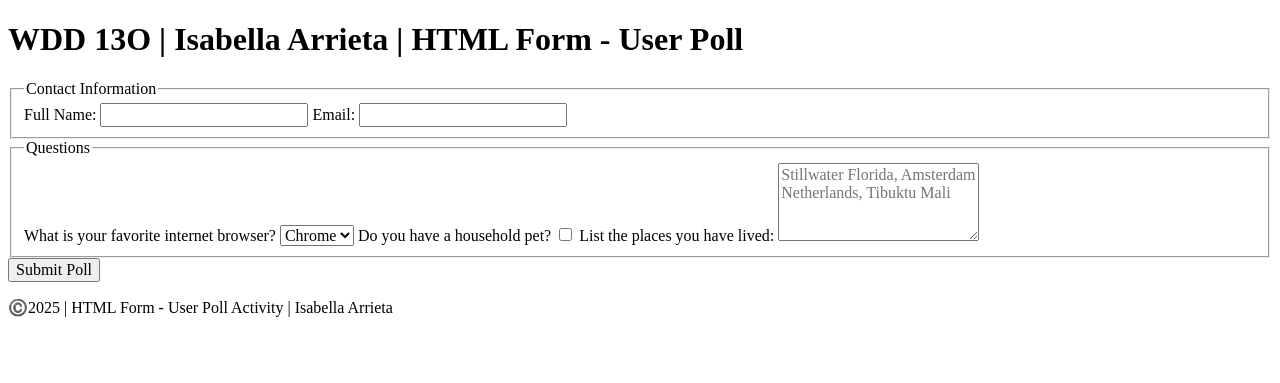
Repository: isaAJ05/wdd130
Page: week05/poll-form.html
These files come from the project's save history. The page is drawn as it stood at one moment and after the next save; the edit follows.
The browser window is 1280 px wide. The pictures show the whole page.

Above is the page before, as saved 2025-06-14 18:29:58.

After the next save:
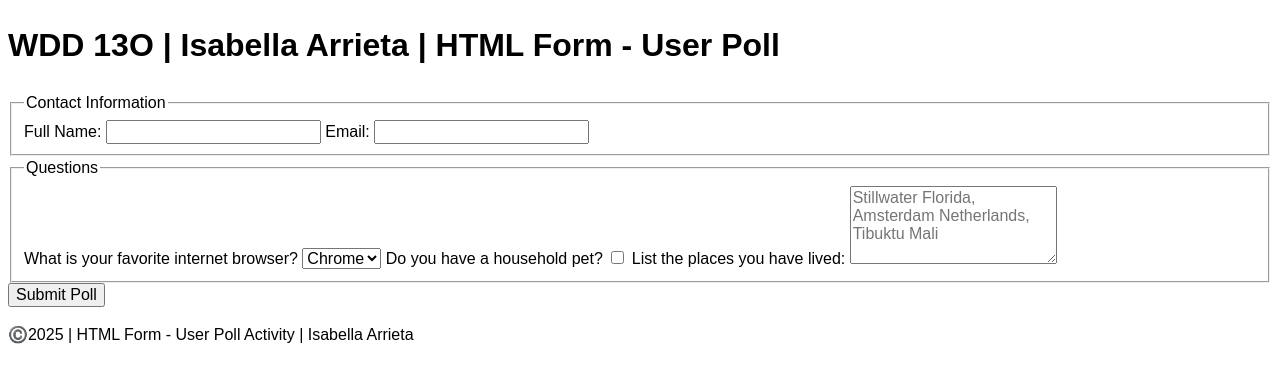
Saved 6 s later.
--- a/week05/styles/poll-form.css
+++ b/week05/styles/poll-form.css
@@ -5,3 +5,8 @@ textarea {
   font-family: inherit;
   font-size: 100%;
 }
+body {
+  font-family: Arial, Helvetica, sans-serif;
+  font-size: 16px;
+  line-height: 1.5;
+}

After the save that followed:
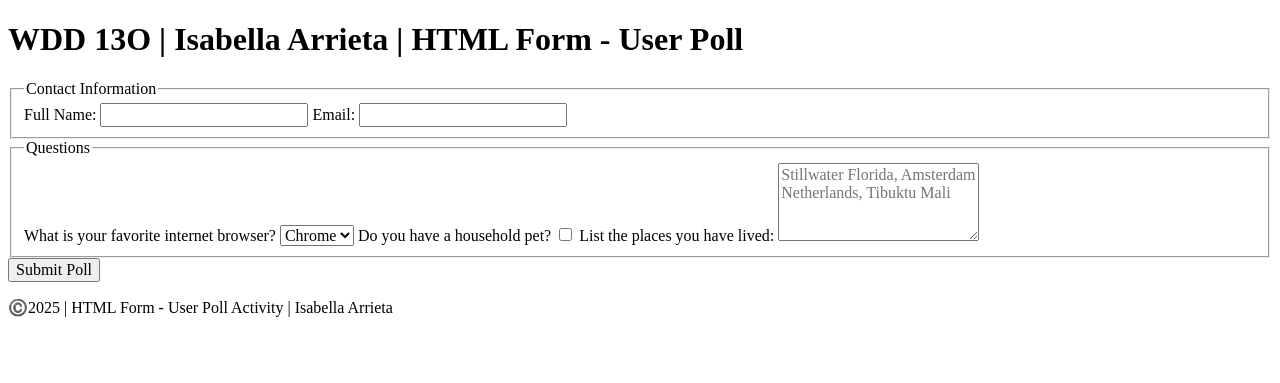
Saved 8 s later.
--- a/week05/styles/poll-form.css
+++ b/week05/styles/poll-form.css
@@ -5,8 +5,3 @@ textarea {
   font-family: inherit;
   font-size: 100%;
 }
-body {
-  font-family: Arial, Helvetica, sans-serif;
-  font-size: 16px;
-  line-height: 1.5;
-}
